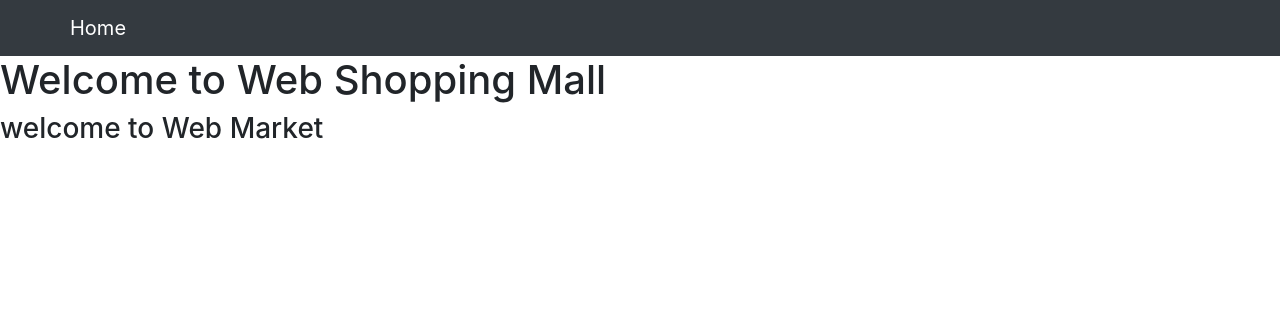
Repository: suinautant/learnCode
Page: http://localhost/WebMarket/welcome.jsp
An editor plug-in stored every save of this project. The page is shown before and after the next save, followed by the edit.
The browser window is 1280 px wide. The pictures show the whole page.
The page is served by Tomcat 9. Nobody is signed in. The application's start-up code is not run. Other server files are loaded and not shown.

Above is the page before, as saved 2021-06-30 01:26:33.

### jsp/WebMarket/WebContent/welcome.jsp
<%@ page language="java" contentType="text/html; charset=EUC-KR"
	pageEncoding="EUC-KR"
%>
<!DOCTYPE html>
<html>
<head>
<link rel="stylesheet"
	href="https://maxcdn.bootstrapcdn.com/bootstrap/4.0.0/css/bootstrap.min.css"
>
<meta charset="EUC-KR">
<title>Welcome</title>
</head>
<body>
	<nav class="navbar navbar-expand navbar-dark bg-dark">
		<div class="container">
			<div class="navbar-header">
				<a class="navbar-brand" href="./welcome.jsp">Home</a>
			</div>
		</div>
	</nav>
	<%!String greeting = "Welcome to Web Shooping Mall";
	String tagline = "Welcome to Web market!";%>
	<h1>Welcome to Web Shopping Mall</h1>
	<h3>welcome to Web Market</h3>
</body>
</html>

After the next save:
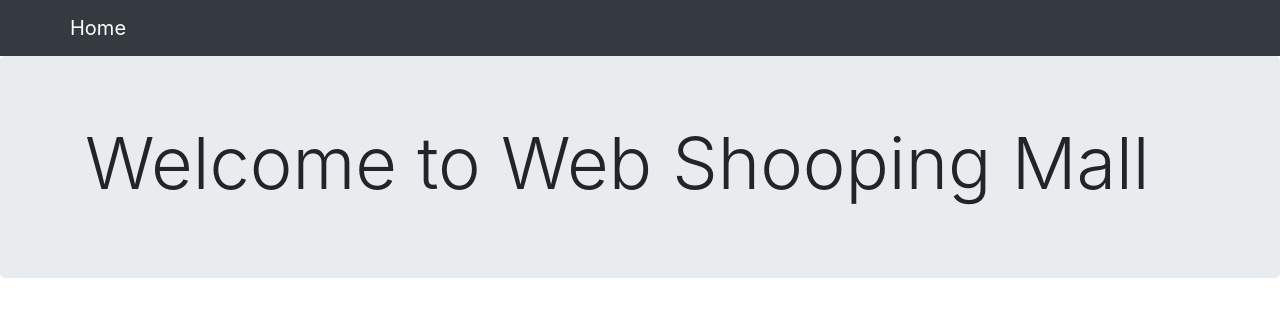
Saved 57 s later.
--- a/jsp/WebMarket/WebContent/welcome.jsp
+++ b/jsp/WebMarket/WebContent/welcome.jsp
@@ -20,7 +20,13 @@
 	</nav>
 	<%!String greeting = "Welcome to Web Shooping Mall";
 	String tagline = "Welcome to Web market!";%>
-	<h1>Welcome to Web Shopping Mall</h1>
-	<h3>welcome to Web Market</h3>
+	<div class="jumbotron">
+		<div class="container">
+			<h1 class="display-3">
+				<%=greeting%>
+			</h1>
+
+		</div>
+	</div>
 </body>
 </html>
